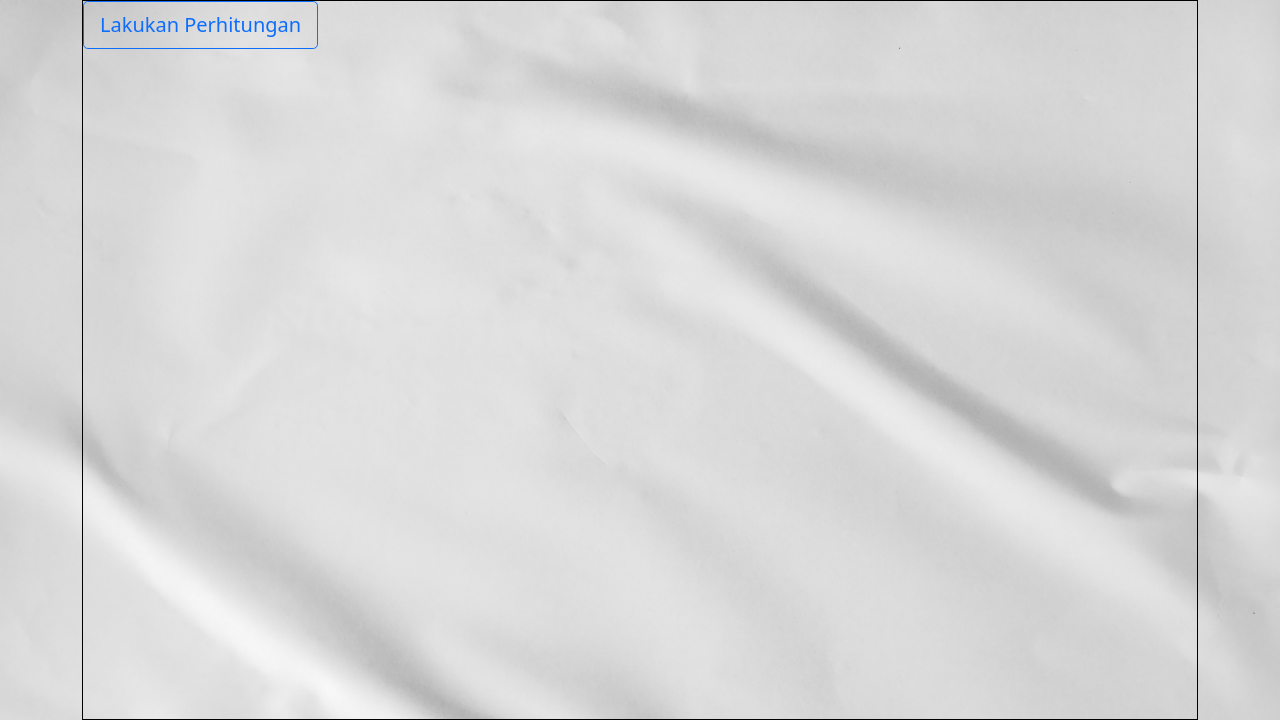
Repository: aqordeon/SPKWP
Page: http://localhost/
These files come from the project's save history. The page is drawn as it stood at one moment and after the next save; the edit follows.
The browser window is 1280 px wide. The pictures show the whole page.
The page is run by PHP 8.4 with error messages shown; the project is at /var/www/html/.

Above is the page before, as saved 2021-01-11 01:37:56.

After the next save:
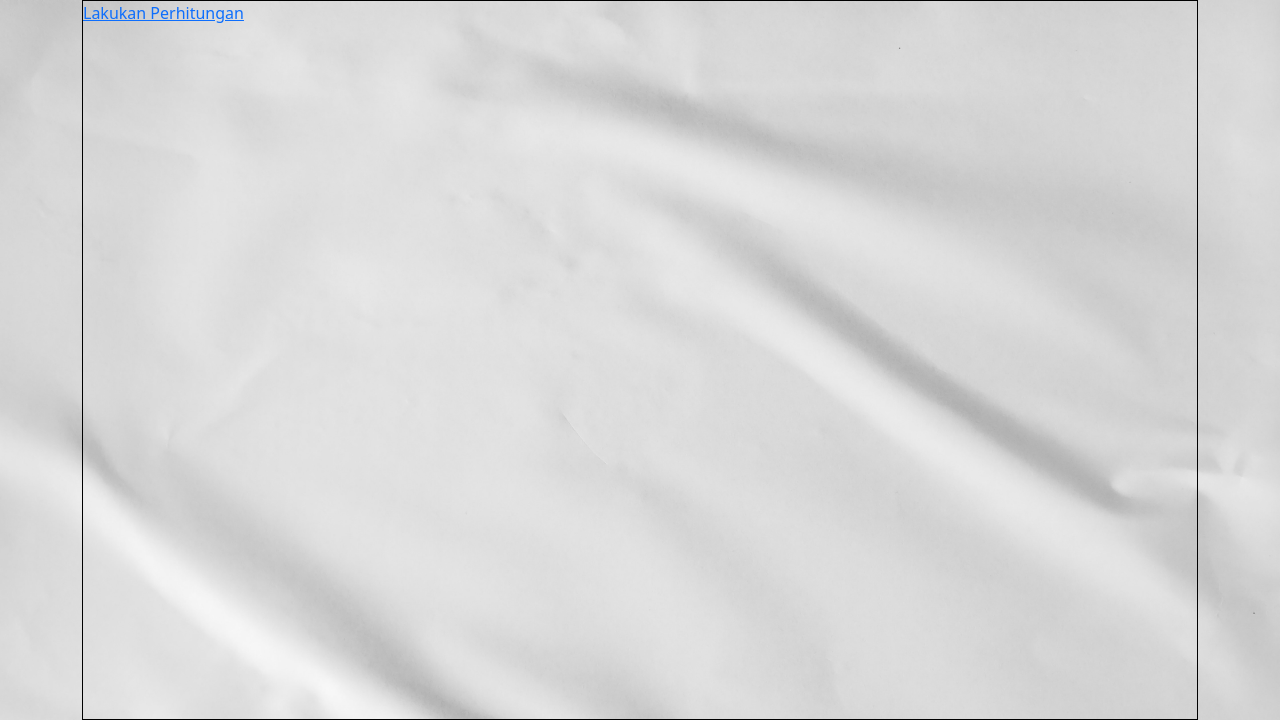
Saved 18 s later.
--- a/index.php
+++ b/index.php
@@ -22,7 +22,7 @@
 <body>
     <div class="container" style="">
         <div style="vertical-align: middle; border: 1px solid black; height: 100vh;">
-            <a href="hitungKriteria.php" class="btn btn-outline-primary btn-lg" style="text-align: middle;">Lakukan Perhitungan</a>
+            <a href="hitungKriteria.php" class="" style="text-align: middle;">Lakukan Perhitungan</a>
         <div>
     </div>
 
